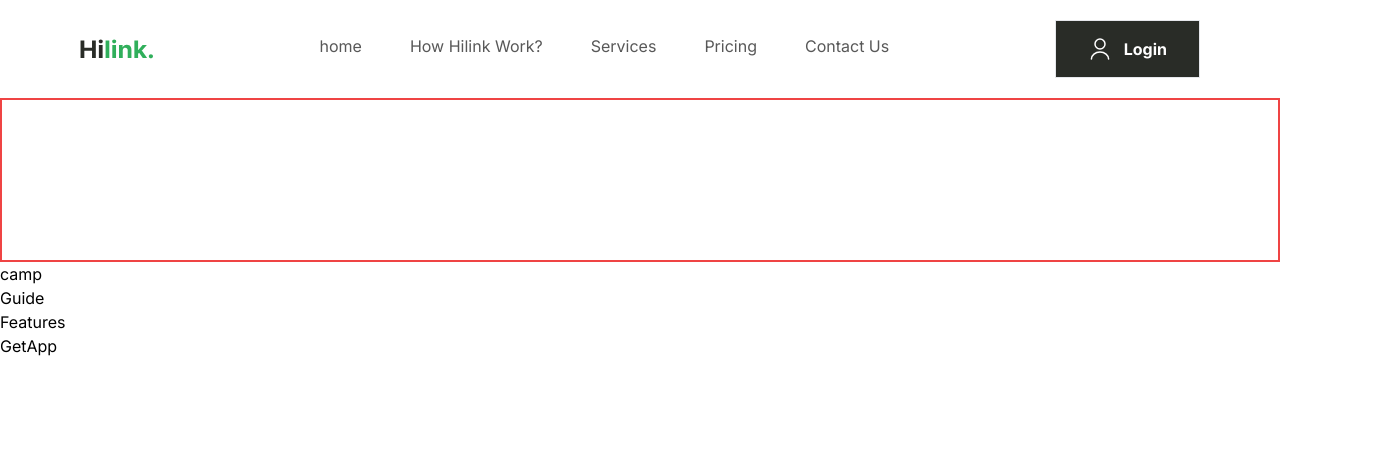
Repository: abdulrahmanmahmood/Travel-App
Page: /
The author's editor kept a copy of each file at every save. The page is drawn from the files as they stood at one save, then again after the next save.
The browser window is 1280 px wide. The page is 1280 px wide, then 1392 px, so the pictures cover 1392 px, including what lies to the right of the window. The pictures show the whole page.
The project was rebuilt for these pictures with package versions that can differ from the ones it lists, and the page was loaded fresh each time. The framework's server and built-in components were replaced by stand-ins that run in the browser. Also part of the build but not shown: next.config.js.

Above is the page before, as saved 2023-11-01 13:57:33.

### app/layout.tsx
import './globals.css'
import type { Metadata } from 'next';
import './globals.css'
import Navbar from '@/components/Navbar';


export const metadata: Metadata = {
  title: 'Travel',
  description: 'Travel UI/UX App for camping',
}

export default function RootLayout({
  children,
}: {
  children: React.ReactNode
}) {
  return (
    <html lang="en">
      <body >
        <Navbar/>
        {children}
      </body>
    </html>
  )
}

### app/page.tsx
import Features from "@/components/Features"
import GetApp from "@/components/GetApp"
import Guide from "@/components/Guide"
import Hero from "@/components/Hero"
import Camp from "@/components/camp"

export default function Home() {
  return (
    <>
    <Hero/>
    <Camp/>
    <Guide/>
    <Features/>
    <GetApp/>
 </>
  )
}

### components/Navbar.tsx
import { NAV_LINKS } from "@/constants";
import Image from "next/image";
import Link from "next/link";
import Button from "./Button";

const Navbar = () => {
  return (
    <nav
      className=" flexBetween max-container padding-container relative z-30
    py-5"
    >
      <Link href="/">
        <Image src="/hilink-logo.svg" alt="logo" width={74} height={28} />
      </Link>
      <ul className="hidden h-full gap-12 lg:flex">
        {NAV_LINKS.map((link) => (
          <Link
            href={link.href}
            key={link.key}
            className="regular-16 text-gray-50 flexCenter cursor-pointer pb-1.5 transition-all hover:font-bold"
          >
            {link.label}
          </Link>
        ))}
      </ul>
      <div className="lg:flexCenter  hidden ">
        <Button
          type="button"
          title="Login"
          icon="/user.svg"
          variant="btn_dark_green"
        />
      </div>
      <Image
        src="/menu.svg"
        alt="menu"
        width={32}
        height={32}
        className="inline-block cursor-pointer lg:hidden"
      />
    </nav>
  );
};

export default Navbar;

### components/Features.tsx


function Features() {
  return (
    <div>Features</div>
  )
}

export default Features

### components/GetApp.tsx


function GetApp() {
  return (
    <div>GetApp</div>
  )
}

export default GetApp

### components/Guide.tsx


function Guide() {
  return (
    <div>Guide</div>
  )
}

export default Guide

### components/Hero.tsx
function Hero() {
  return (
    <section className="max-container padding-container flex flex-col gap-20
    py-10 pb-32 md:gap-27 lg:py-20  xl:flex-row border-2 border-red-500">
      <div className="her-map"/>
    </section>
  );
}

export default Hero;

### components/camp.tsx


function camp() {
  return (
    <div>camp</div>
  )
}

export default camp

### constants/index.ts
export const NAV_LINKS = [
  {href:"/", key:"home", label:"home"},
  { href: '/', key: 'how_hilink_work', label: 'How Hilink Work?' },
  { href: '/', key: 'services', label: 'Services' },
  { href: '/', key: 'pricing ', label: 'Pricing ' },
  { href: '/', key: 'contact_us', label: 'Contact Us' },
]

### components/Button.tsx
import Image from "next/image";

type ButtonProps ={
  type:'button'| 'submit';
  title:string;
  icon?:string;
  variant:'btn_dark_green'

}


function Button({type, title, icon, variant}: ButtonProps) {
  return (
    <button type={type} className={`flexCenter gap-3 roudned-full border ${variant}`}>

      {icon && <Image src={icon} alt={title} width={24} height={24}/>}
      <label className="bold-16 whitespace-nowrap">{title}</label>
    </button>
  )
}

export default Button

Loaded but not shown: app/globals.css (common file); tailwind.config.ts (common file)

After the next save:
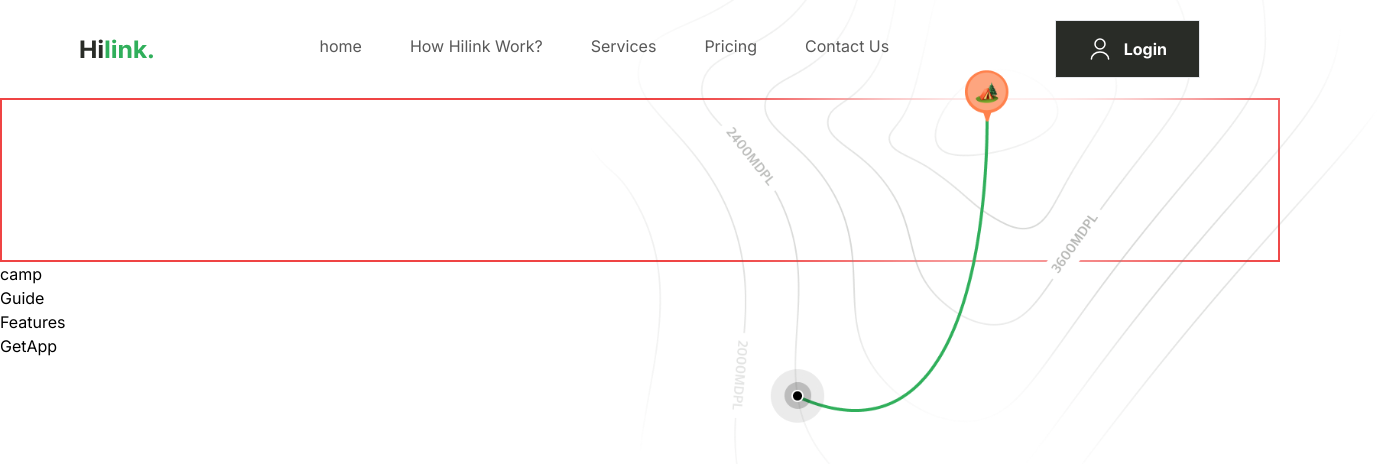
Saved 27 s later.
--- a/components/Hero.tsx
+++ b/components/Hero.tsx
@@ -2,7 +2,7 @@ function Hero() {
   return (
     <section className="max-container padding-container flex flex-col gap-20
     py-10 pb-32 md:gap-27 lg:py-20  xl:flex-row border-2 border-red-500">
-      <div className="her-map"/>
+      <div className="hero-map"/>
     </section>
   );
 }
